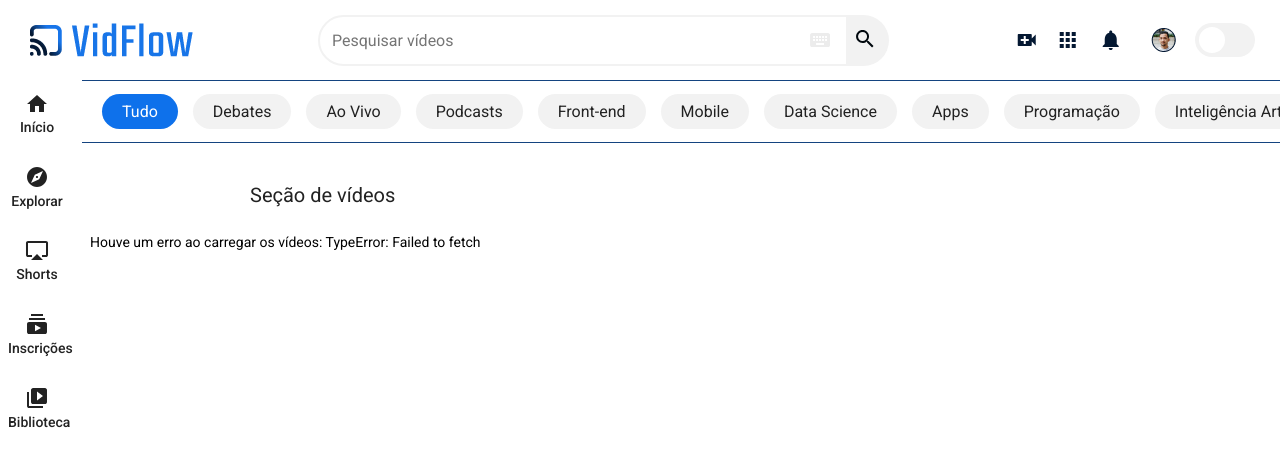
Repository: joaoPraiaJunior/curso-consumindo-api
Page: index.html
An editor plug-in stored every save of this project. The page is shown before and after the next save, followed by the edit.
The browser window is 1280 px wide. The pictures show the whole page.
The page's requests for data from a server got no answer.

Above is the page before, as saved 2024-08-16 21:43:46.

After the next save:
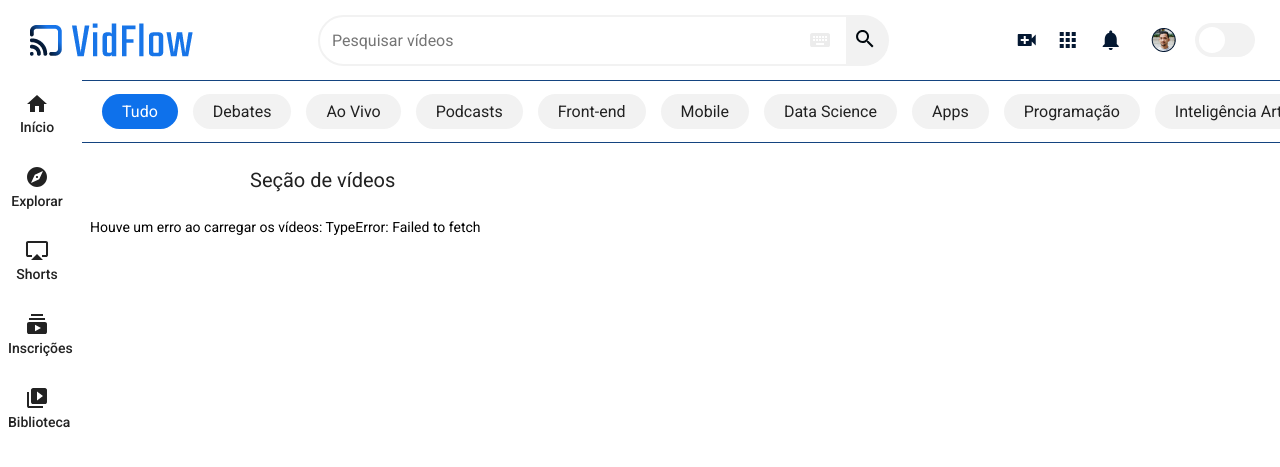
Saved 31 s later.
--- a/css/estilos.css
+++ b/css/estilos.css
@@ -406,7 +406,7 @@ input[type="search"]::-webkit-search-results-decoration {
   font-size: 20px;
   position: relative;
   text-align: left;
-  padding: 185px 0 0 250px;
+  padding: 170px 0 0 250px;
 }
 
 .videos__container {
